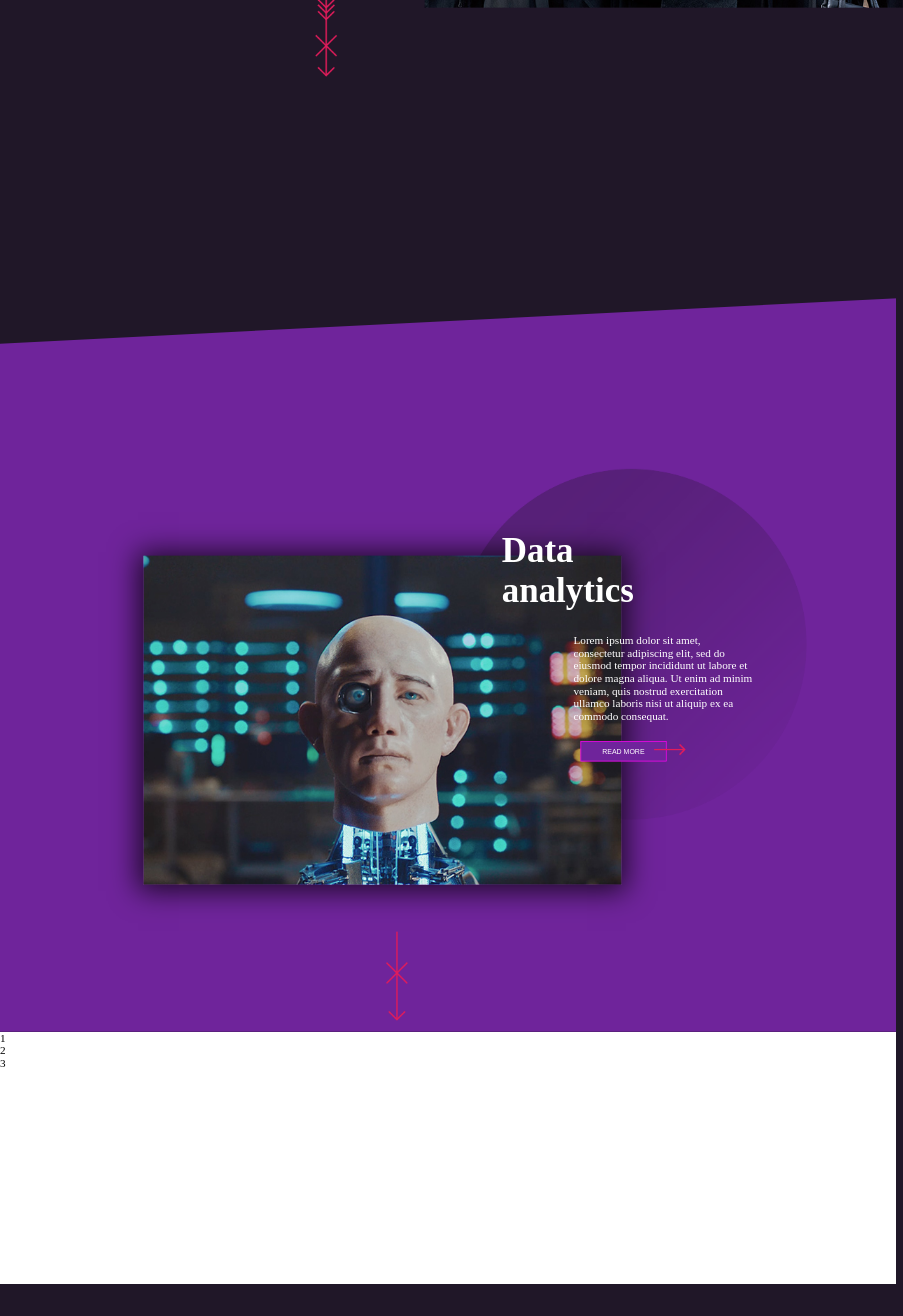
Repository: Ajtheult/King-James-Site
Page: index.html
An editor plug-in stored every save of this project. The page is shown before and after the next save, followed by the edit.
The browser window is 1280 px wide. The page is 1290 px wide, so the pictures cover 1290 px, including what lies to the right of the window. The pictures show the part of the page from y = 1835 to 3715 px (the page is 3715 px tall), at 70% of full size.
Some web fonts or font styles are not loaded; a fallback is used. The style sheet was rebuilt from its Sass, Less or Tailwind sources for each picture, by a compiler version that may differ from the author's.

Above is the page before, as saved 2020-08-21 13:45:05.

After the next save:
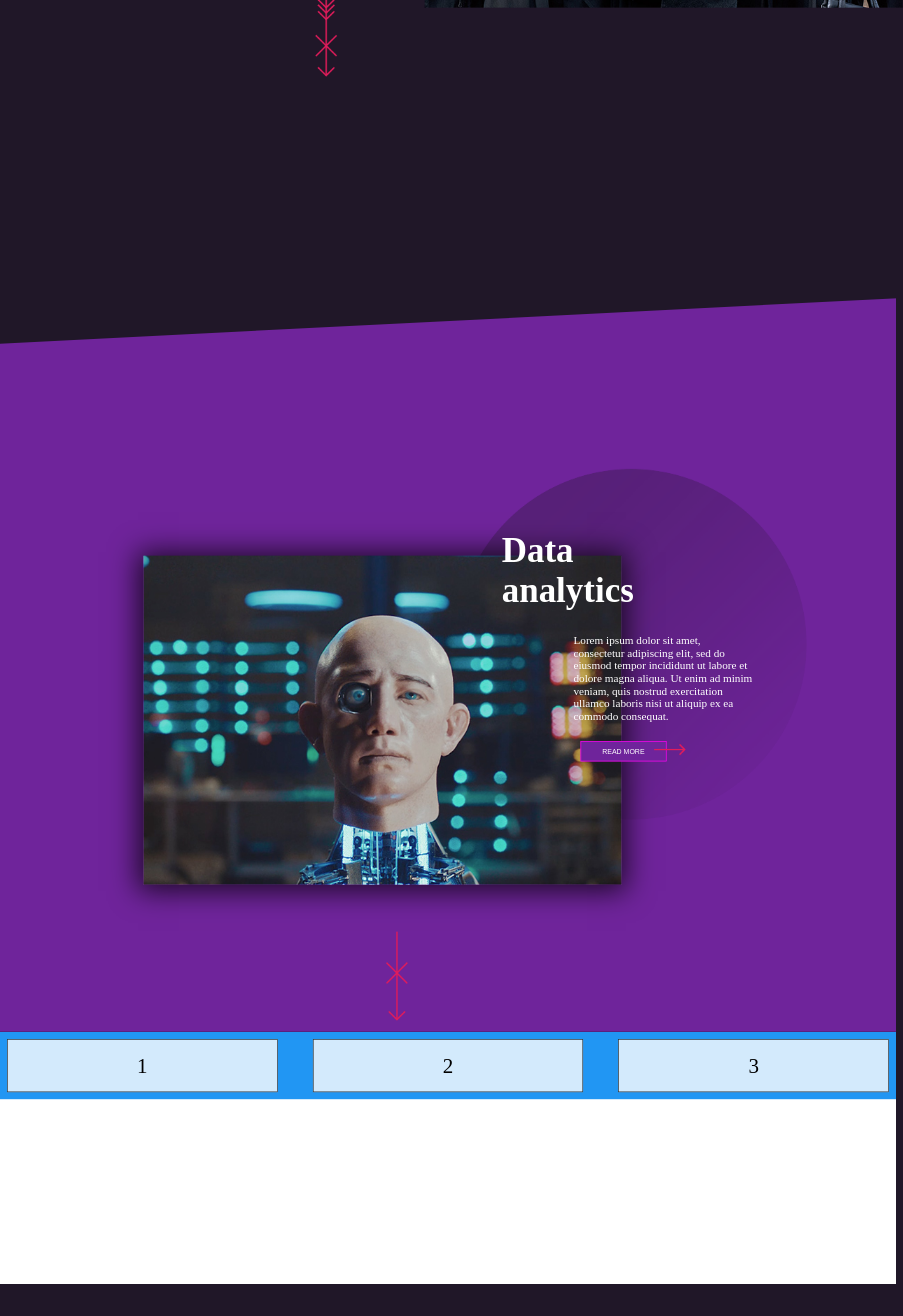
Saved 87 s later.
--- a/styling/index.scss
+++ b/styling/index.scss
@@ -165,6 +165,20 @@
 .box_five {
   height: 50vh;
   background-color: white;
+  .grid-container {
+    display: grid;
+    grid-column-gap: 50px;
+    grid-template-columns: auto auto auto;
+    background-color: #2196f3;
+    padding: 10px;
+    .grid-item {
+      background-color: rgba(255, 255, 255, 0.8);
+      border: 1px solid rgba(0, 0, 0, 0.8);
+      padding: 20px;
+      font-size: 30px;
+      text-align: center;
+    }
+  }
 }
 
 // Mobile

After the save that followed:
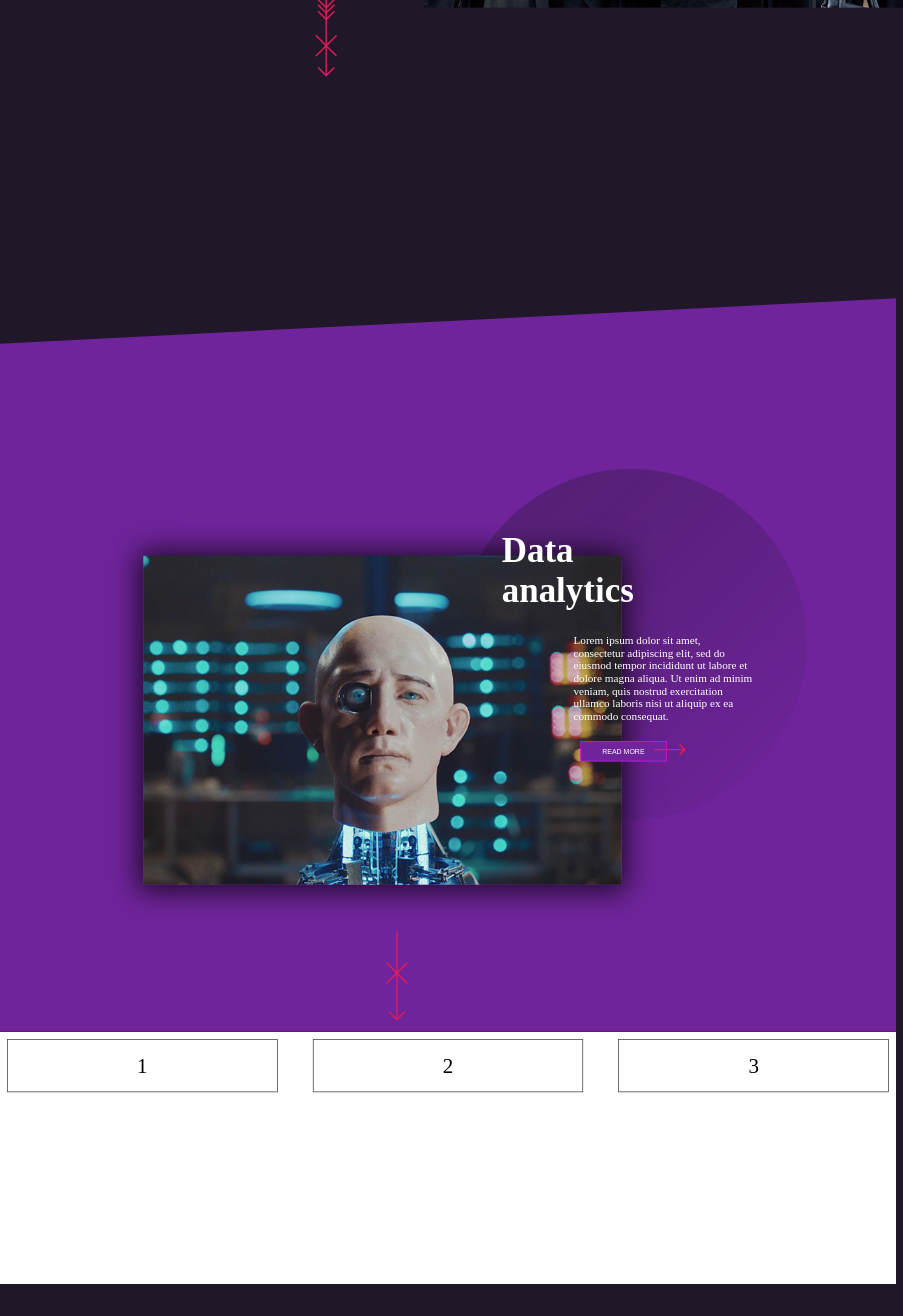
Saved 21 s later.
--- a/styling/index.scss
+++ b/styling/index.scss
@@ -169,7 +169,7 @@
     display: grid;
     grid-column-gap: 50px;
     grid-template-columns: auto auto auto;
-    background-color: #2196f3;
+
     padding: 10px;
     .grid-item {
       background-color: rgba(255, 255, 255, 0.8);
